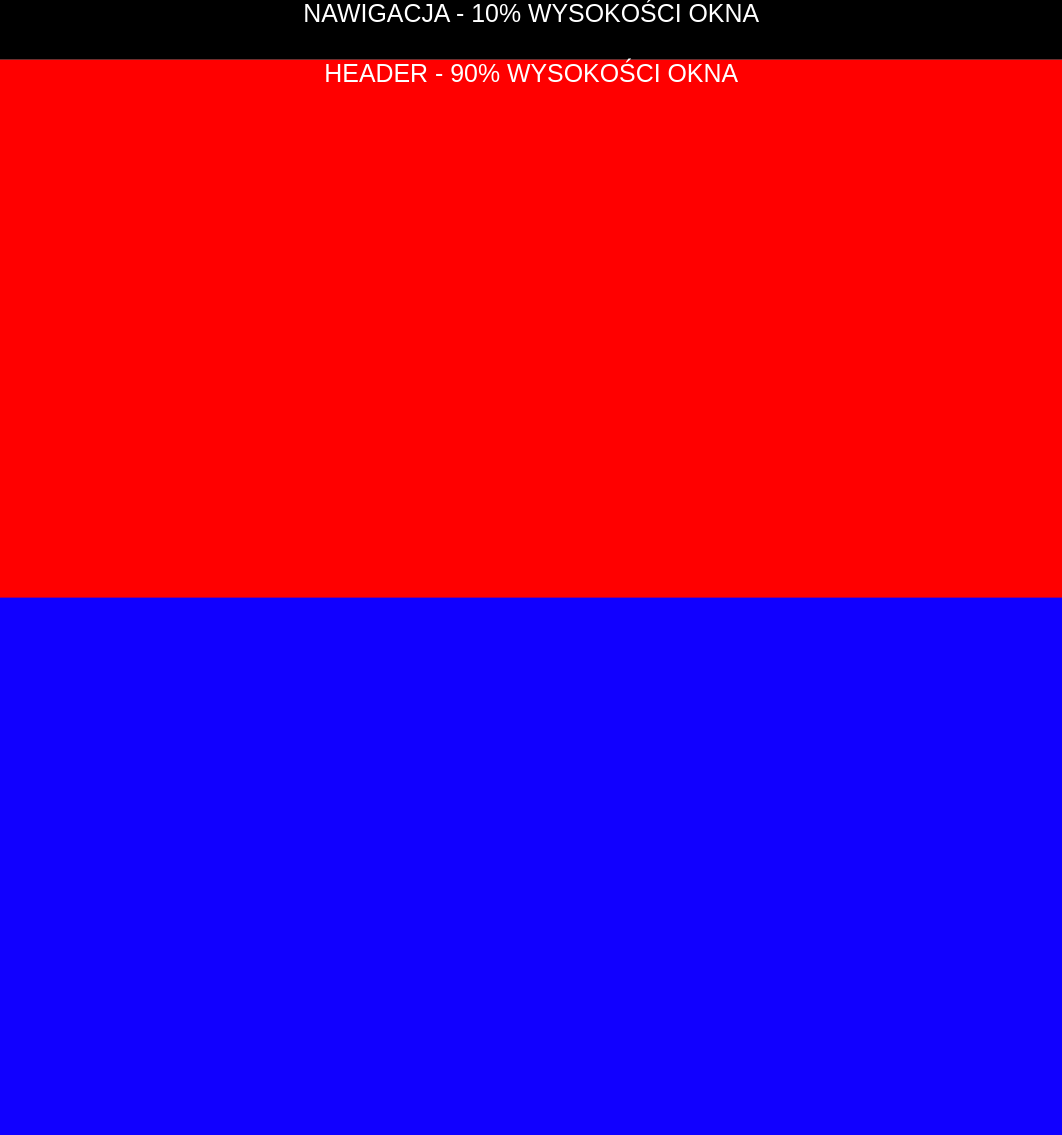
Repository: jasonj2333/advance_CSS
Page: 01-Header, Nav/start.html
These files come from the project's save history. The page is drawn as it stood at one moment and after the next save; the edit follows.
The browser window is 1280 px wide. The pictures show the whole page, at 83% of full size.

Above is the page before, as saved 2019-04-23 18:45:17.

After the next save:
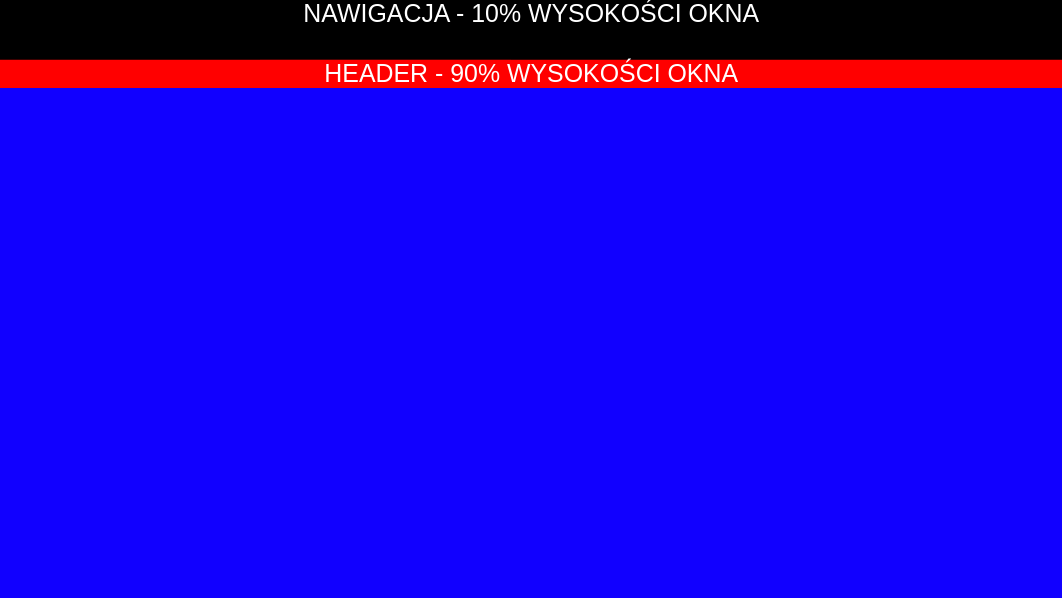
Saved 45 s later.
--- a/01-Header, Nav/start.html
+++ b/01-Header, Nav/start.html
@@ -24,17 +24,15 @@
             background-color: #000;
             height: 10vh;
             width: 100%;
-            position: absolute;
-            top: 0;
-            left: 0;
+            position: fixed;
         }
 
         header {
             background-color: rgb(255, 0, 0);
-            position: relative;
+            position: fixed;
             top: 10vh;
             left: 0;
-            height: 90vh;
+            */ height: 90vh;
             width: 100%;
 
         }
